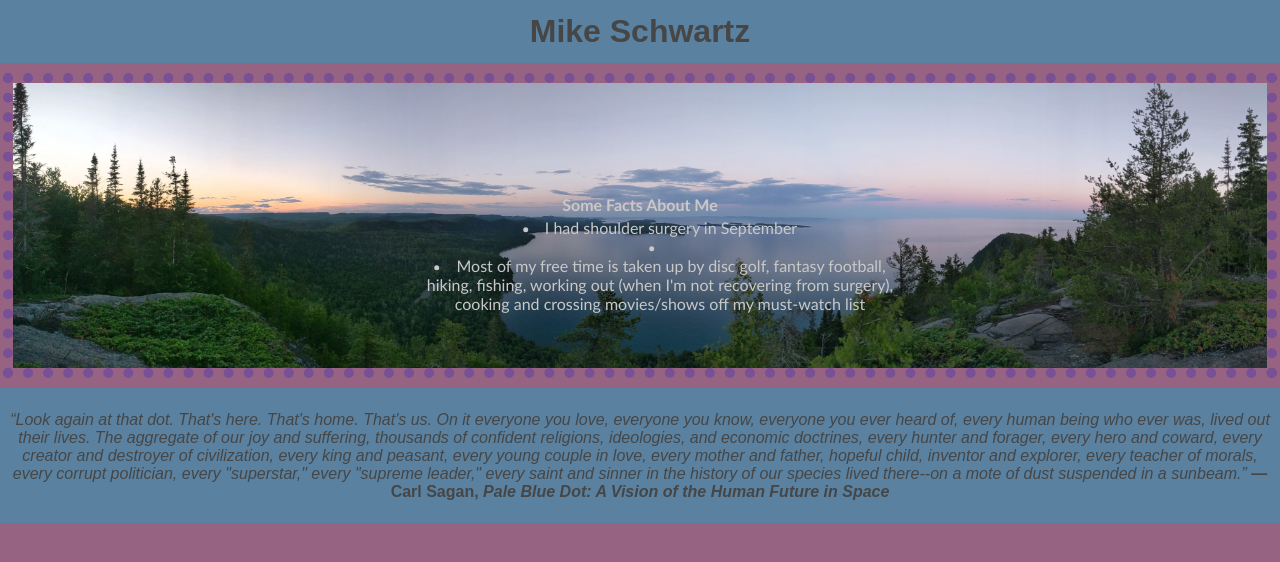
Repository: Ellusionism/prime-pw-week-1-assignment
Page: assignment/index.html
These files come from the project's save history. The page is drawn as it stood at one moment and after the next save; the edit follows.
The browser window is 1280 px wide. The pictures show the whole page.

Above is the page before, as saved 2022-10-26 17:14:04.

### assignment/index.html
<!DOCTYPE html>
<html>
<head>
    <meta charset="utf-8" />
    <meta http-equiv="X-UA-Compatible" content="IE=edge">
    <!-- Change the <title> from "Page Title" to "Hello World" -->
    <title>Hello World</title>
    <meta name="viewport" content="width=device-width, initial-scale=1">

    <link rel="stylesheet" type="text/css" media="screen" href="style.css" />
</head>
<body>
    <!-- Create a header element  -->

    <!-- Inside the header, add an <h1> element containing your name -->

    <header>
        <h1 class="name">Mike Schwartz</h1>
    </header>

    <!-- Include an image -->

    <!-- Create an unordered list with 3 list items of fun facts about you -->

    <div class="container">
        <img src="images/mtjosephine.jpg" alt="Mount Josephine summit view" class="img">
        <h4 class="facts">Some Facts About Me</h4>
        <ul class="facts-list">
            <li>I had shoulder surgery in September</li>
            <li></li>
            <li>Most of my free time is taken up by disc golf, fantasy football, hiking, fishing, working out (when I'm not recovering from surgery), cooking and crossing movies/shows off my must-watch list</li>
        </ul>
    </div>

    <!-- Create a footer element -->
    <footer class="fav-quote">
        <p>“Look again at that dot. That's here. That's home. That's us. On it everyone you love, everyone you know, everyone you ever heard of, every human being who ever was, lived out their lives. The aggregate of our joy and suffering, thousands of confident religions, ideologies, and economic doctrines, every hunter and forager, every hero and coward, every creator and destroyer of civilization, every king and peasant, every young couple in love, every mother and father, hopeful child, inventor and explorer, every teacher of morals, every corrupt politician, every "superstar," every "supreme leader," every saint and sinner in the history of our species lived there--on a mote of dust suspended in a sunbeam.”
            <span class="cite">― Carl Sagan,</span><span class="cite-book"> Pale Blue Dot: A Vision of the Human Future in Space</span></p>
    </footer>
    <!-- Inside your footer, put a <p> element with your favorite quote -->
</body>
</html>

### assignment/style.css
/* Give your page a fun background color */
body {
 background-color: rgb(150, 100, 130);
 margin: 0;
 font-family: Arial, Helvetica, sans-serif;
}
/* Make the header and footer a different color from the background */
header {
 background-color: rgb(90, 130, 160);
 margin: 0 0 10px;
 padding: 1%;
}
/* Align the h1 containing your name in the center of the header*/
.name {
 color:rgb(70, 70, 70);
 text-align: center;
 margin: 0;
}
/* Make your p tag a different color and italic */
.fav-quote {
 background-color:rgb(90,130,160);
 margin: 10px 0 0;
 padding: 0.5%;
 color: rgb(70, 70, 70);
 font-style: italic;
 text-align: center;
}

.cite {
 font-style: normal;
 font-weight: bold;
}

.cite-book {
 font-weight: bold;
}
/* Put a border around your image */
.img {
 border: 10px dotted  rgb(120, 80, 150);
 padding: 0;
 display: block;
 margin: auto;
 max-height: 100%;
 max-width: 98%;
}
/* Change the font-family of your list */
.facts {
 color: rgb(200, 200, 200);
 font-family:'Gill Sans', 'Gill Sans MT', Calibri, 'Trebuchet MS', sans-serif;
 position: absolute;
 top: 50%;
 left: 50%;
 transform: translate(-50%, -275%);
}

.facts-list {
 color: rgb(200,200,200);
 font-family:'Gill Sans', 'Gill Sans MT', Calibri, 'Trebuchet MS', sans-serif;
 position: absolute;
 top: 50%;
 left: 50%;
 max-width: 37%;
 transform: translate(-50%, -25%);
 list-style-position: inside;
}

 .container {
  position: relative;
  text-align: center;
 }

After the next save:
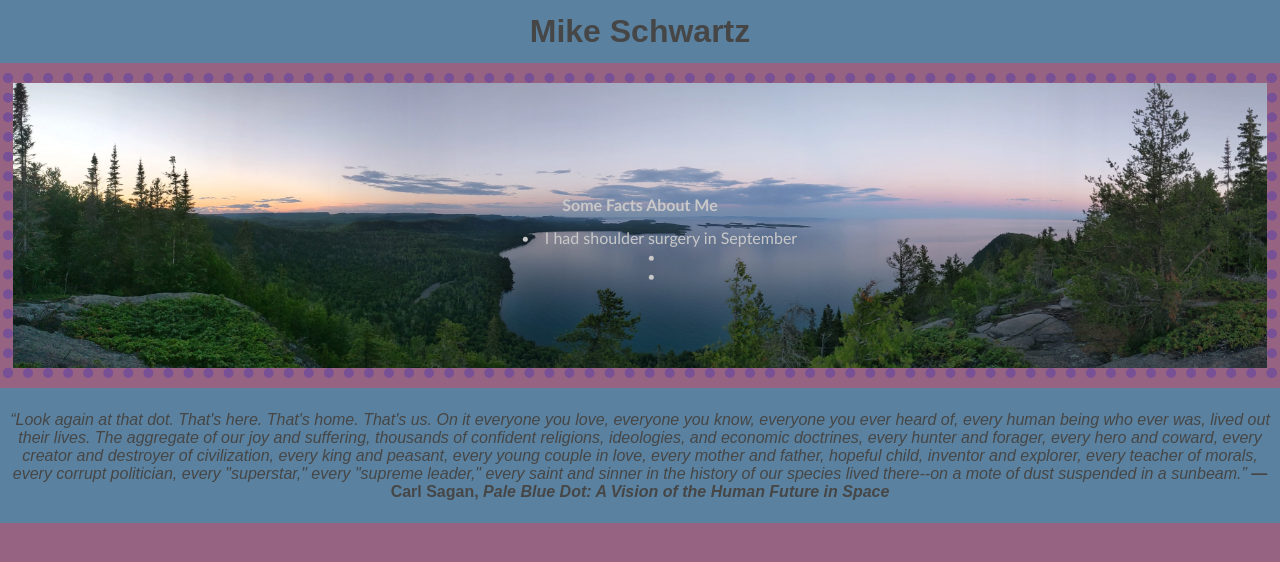
Saved 18 s later.
--- a/assignment/index.html
+++ b/assignment/index.html
@@ -28,7 +28,7 @@
         <ul class="facts-list">
             <li>I had shoulder surgery in September</li>
             <li></li>
-            <li>Most of my free time is taken up by disc golf, fantasy football, hiking, fishing, working out (when I'm not recovering from surgery), cooking and crossing movies/shows off my must-watch list</li>
+            <li></li>
         </ul>
     </div>
 
